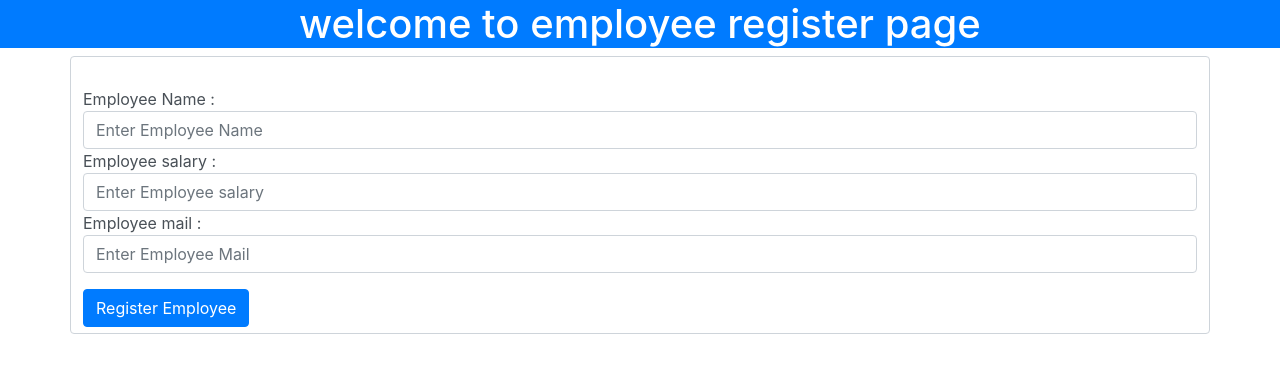
Repository: lokeshsukhwal/EmployeeMiniProject
Page: http://localhost/EmployeeEdit
The author's editor kept a copy of each file at every save. The page is drawn from the files as they stood at one save, then again after the next save.
The browser window is 1280 px wide. The pictures show the whole page.
The page is this project's Thymeleaf template; nobody is signed in. The template is opened directly, without the code that normally fills it, so the values that code supplies are empty.

Above is the page before, as saved 2023-01-16 12:02:37.

### SpringBootMvc-ThymeleafMySqlCrudMiniProject/src/main/resources/templates/EmployeeEdit.html
<!DOCTYPE html>
<html>
<head>
<meta charset="ISO-8859-1">
<title>Employee register page</title>
<link rel="stylesheet"
	href="https://cdn.jsdelivr.net/npm/bootstrap@4.0.0/dist/css/bootstrap.min.css"
	integrity="sha384-Gn5384xqQ1aoWXA+058RXPxPg6fy4IWvTNh0E263XmFcJlSAwiGgFAW/dAiS6JXm"
	crossorigin="anonymous">
</head>
<body>
	<h1 class="bg-primary text-white text-center">welcome to employee
		register page</h1>
	<div class="container form-control">
		<form action="save" method="post" class="mt-4">
			Employee Name : <input type="text" name="empName"
				class="form-control" placeholder="Enter Employee Name">
			Employee salary : <input type="text" name="empSalary"
				class="form-control" placeholder="Enter Employee salary">
			Employee mail : <input type="email" name="empMail"
				class="form-control" placeholder="Enter Employee Mail">

		<button type="submit" class="btn btn-primary mt-3">Register Employee</button>

		</form>
	</div>

</body>
</html>

After the next save:
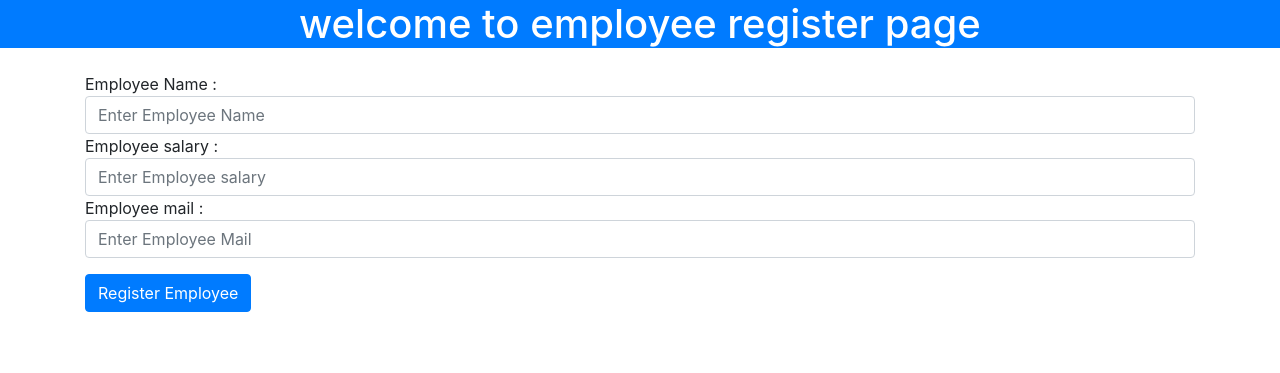
Saved 16 s later.
--- a/SpringBootMvc-ThymeleafMySqlCrudMiniProject/src/main/resources/templates/EmployeeEdit.html
+++ b/SpringBootMvc-ThymeleafMySqlCrudMiniProject/src/main/resources/templates/EmployeeEdit.html
@@ -11,7 +11,7 @@
 <body>
 	<h1 class="bg-primary text-white text-center">welcome to employee
 		register page</h1>
-	<div class="container form-control">
+	<div class="container">
 		<form action="save" method="post" class="mt-4">
 			Employee Name : <input type="text" name="empName"
 				class="form-control" placeholder="Enter Employee Name">
